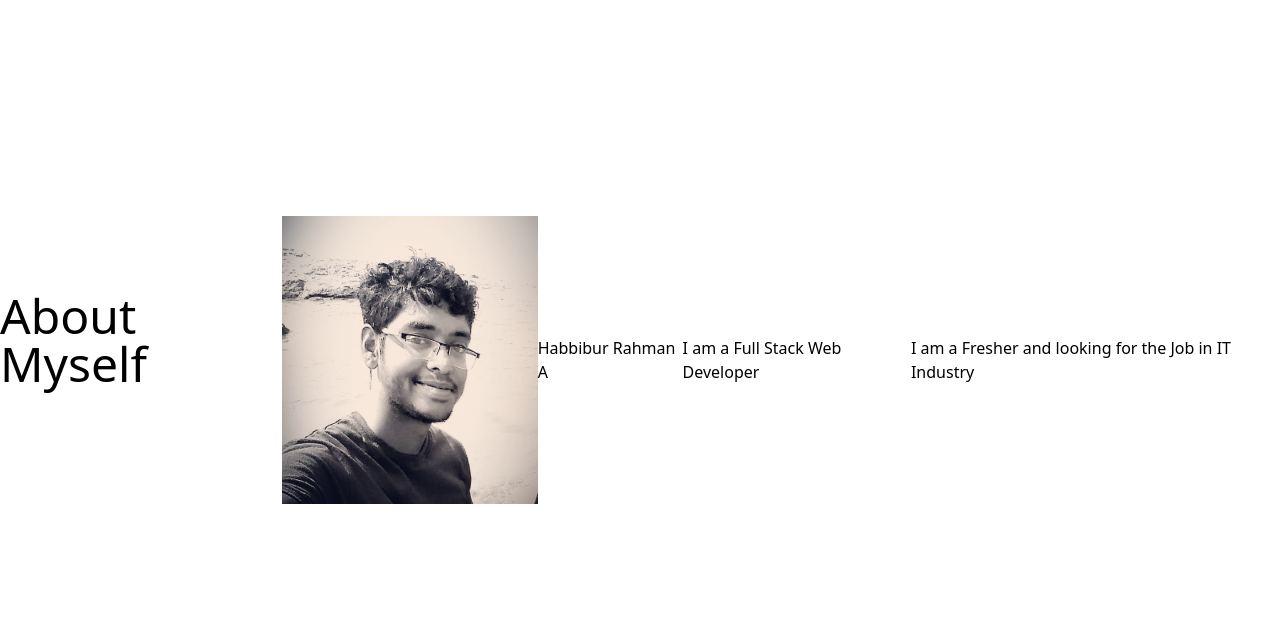
Repository: Habeebur1493/project
Page: /About
These files come from the project's save history. The page is drawn as it stood at one moment and after the next save; the edit follows.
The browser window is 1280 px wide. The pictures show the whole page.
The page's requests for data from a server got no answer. The project was rebuilt for these pictures with package versions that can differ from the ones it lists, and the page was loaded fresh each time. No one was signed in, and anything a server would have sent is missing. Also part of the build but not shown: vite.config.js, src/Components/Login.jsx, src/Components/Nav.jsx, src/Components/Loading.jsx, src/Components/Home.jsx, src/Components/Details.jsx, src/Components/Services.jsx, src/Components/Contact.jsx.

Above is the page before, as saved 2025-01-31 20:30:25.

### index.html
<!doctype html>
<html lang="en">
  <head>
    <meta charset="UTF-8" />
    <meta name="viewport" content="width=device-width, initial-scale=1.0" />
    <title>Project</title>
  </head>
  <body>
    <div id="root"></div>
    <script type="module" src="/src/main.jsx"></script>
  </body>
</html>

### src/main.jsx
import React from "react";
import { createRoot } from "react-dom/client";
import App from "./App.jsx";
import { BrowserRouter } from "react-router-dom";
import Context from "./Components/utils/Context.jsx";

createRoot(document.getElementById("root")).render(
  <Context>
    <BrowserRouter>
      <App />
    </BrowserRouter>
    </Context>

);

### src/App.jsx
import React from "react";
import "./App.css";
import { Route, Routes } from "react-router-dom";
import Login from "./Components/Login.jsx";
import Home from "./Components/Home.jsx";
import Details from "./Components/Details.jsx";
import About from "./Components/About.jsx";
import Services from "./Components/Services.jsx";
import Contact from "./Components/Contact.jsx";


const App = () => {
  return (
    <div className="h-screen w-screen flex">
      <Routes>
        <Route path="/" element={<Login />} />
        <Route path="/Home" element={<Home />} />
        <Route path="/details/:id" element={<Details />} />
        <Route path="/About" element={<About />} />
        <Route path="/Services" element={<Services />} />
        <Route path="/Contact" element={<Contact />} />
      </Routes>
    </div>
  );
};

export default App;

### src/Components/utils/Context.jsx
import React, { createContext, useEffect, useState } from "react";
import axios from "axios";

export const ProductContext = createContext();

const Context = ({children}) => {
  const [products, setproducts] = useState([]);

  const getproducts = async () => {
    try {
      const { data } = await axios.get("https://fakestoreapi.com/products");
      setproducts(data);
    } catch (error) {
      console.log( "Error Fetching products"  ,error);
    }
  };

  useEffect(() => {
    getproducts();
  }, []);

  return (
    <ProductContext.Provider value={{products, setproducts}}>
      {children}
    </ProductContext.Provider>
  );
};

export default Context;

### src/Components/About.jsx
import React from 'react'


const About = () => {
  return (
    <div className='w-full h-full flex justify-center items-center'>
      <h1 className='text-5xl mb-10'>About Myself</h1>
      <img className='w-[20%] h-[40%] ' src="src\Components\IMG\IMG_20180427_173521_379.jpg" alt="" />
      <h1>Habbibur Rahman A</h1>
      <h2>I am a Full Stack Web Developer</h2>
      <h3>I am a Fresher and looking for the Job in IT Industry</h3>
    </div>
  )
}

export default About

Loaded but not shown: src/App.css (common file)

After the next save:
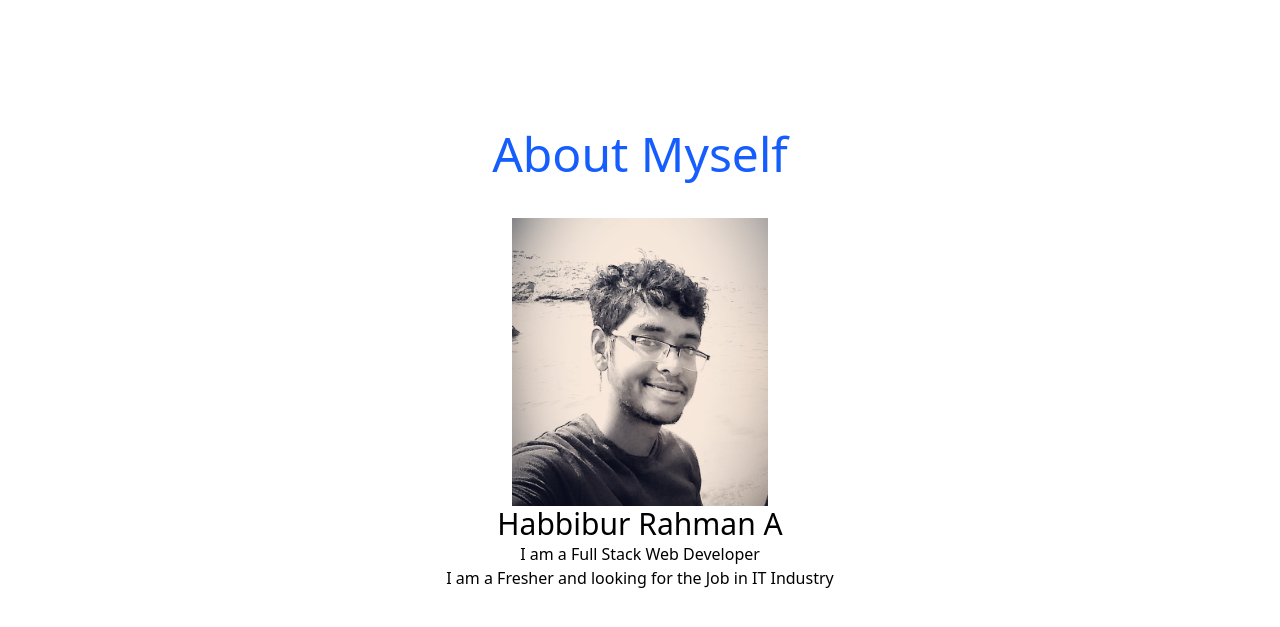
Saved 45 s later.
--- a/src/Components/About.jsx
+++ b/src/Components/About.jsx
@@ -3,10 +3,10 @@ import React from 'react'
 
 const About = () => {
   return (
-    <div className='w-full h-full flex justify-center items-center'>
-      <h1 className='text-5xl mb-10'>About Myself</h1>
+    <div className='w-full h-full flex flex-col justify-center items-center'>
+      <h1 className='text-5xl mb-10 text-blue-600'>About Myself</h1>
       <img className='w-[20%] h-[40%] ' src="src\Components\IMG\IMG_20180427_173521_379.jpg" alt="" />
-      <h1>Habbibur Rahman A</h1>
+      <h1 className='text-3xl'>Habbibur Rahman A</h1>
       <h2>I am a Full Stack Web Developer</h2>
       <h3>I am a Fresher and looking for the Job in IT Industry</h3>
     </div>
